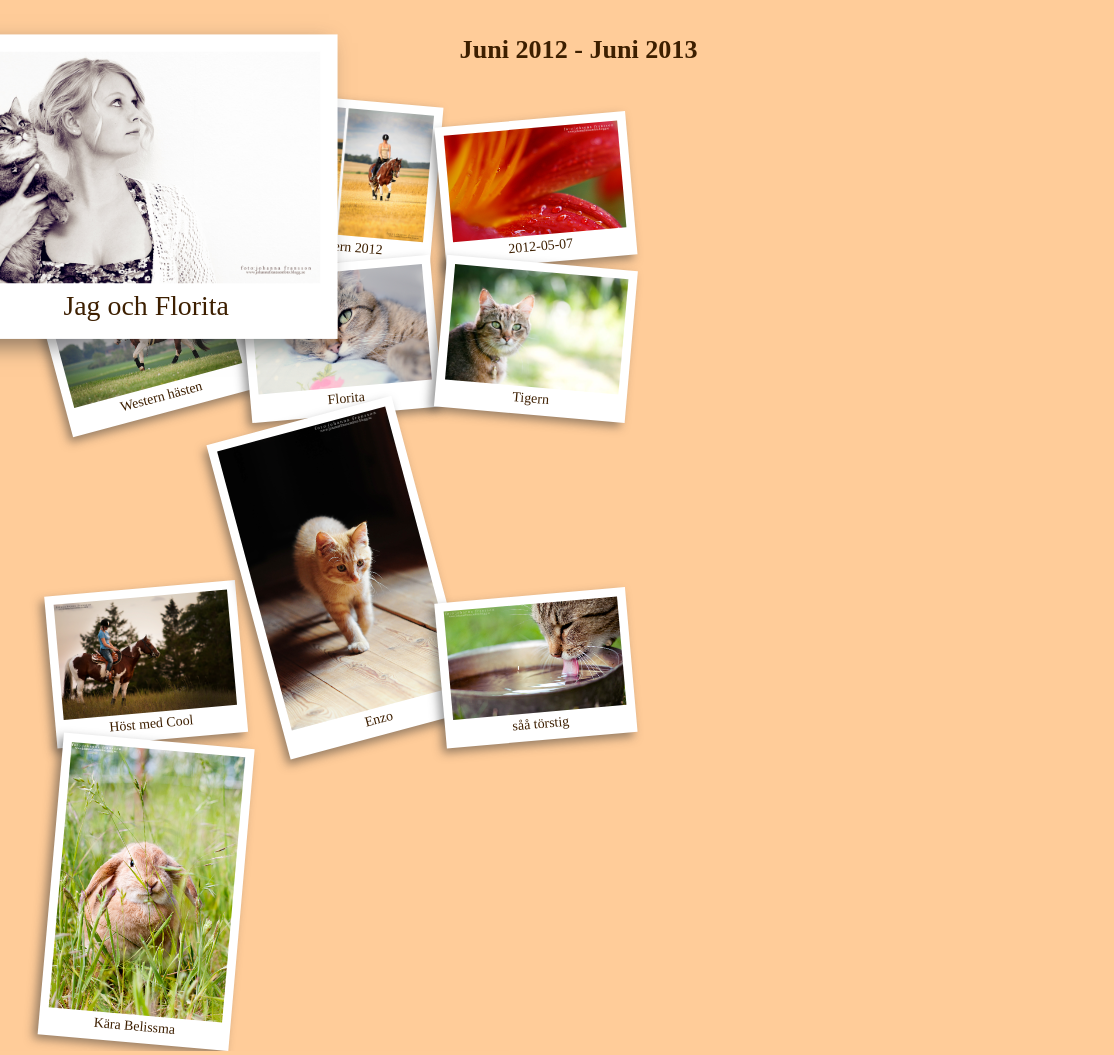
Repository: RebeccaFransson/Interfacedevelopment-1IK415
Page: galleri/index.html
The author's editor kept a record of every edit. The page is drawn from the files as they stood at one moment, then again after the next edit.
The browser window is 1280 px wide. The pictures show the whole page, at 87% of full size.
The pointer rests on the first visible `#images a`.

Above is the page before.

### galleri/index.html
<!doctype html>
<html lang="sv">

<head>
	<meta charset="utf-8" />
	<title>Fotogalleri</title>
<link href='http://fonts.googleapis.com/css?family=Lobster' rel='stylesheet' type='text/css'>

	<link rel="stylesheet" href="css/style.css" />
</head>

<body>
    <div id="content">
    <h1>Juni 2012 - Juni 2013</h1>
        <div id="images">

            <a href="galleri1.jpg" title="Jag och Florita"> <img src="galleri1.jpg" alt="Människa håller upp katt" /></a>
            <a href="galleri2.jpg" title="Stubbåkern 2012"> <img src="galleri2.jpg" alt="Tjej rider häst på stubbåkern" /></a>
            <a href="galleri3.jpg" title="2012-05-07">      <img src="galleri3.jpg" alt="Röd blomma med vattendroppar" /></a>
            <a href="galleri4.jpg" title="Western hästen">  <img src="galleri4.jpg" alt="Cowboy rider på ängen" /></a>
            <a href="galleri5.jpg" title="Florita">         <img src="galleri5.jpg" alt="Närbild på katt" /></a>
            <a href="galleri6.jpg" title="Tigern">          <img src="galleri6.jpg" alt="Katt utomhus" /></a>
            <a href="galleri7.jpg" title="Höst med Cool">   <img src="galleri7.jpg" alt="Häst med människa ute i skog" /></a>
            <a href="galleri8.jpg" title="Enzo">            <img src="galleri8.jpg" alt="Katt kommer ut ur skuggorna" /></a>
            <a href="galleri9.jpg" title="såå törstig">     <img src="galleri9.jpg" alt="En katt som dricker" /></a>
            <a href="galleri10.jpg" title="Kära Belissma">  <img src="galleri10.jpg" alt="En kanin som äter högt gräs" /></a>

        </div>
    </div>
</body>

### galleri/css/style.css
body{
    font-family: 'Indie Flower', cursive;
    background-color:#FFCC99;

}
 #content{
     margin-left:50px;

 }

 #content h1{
     font-size:30px;
     text-align:center;
     padding:20px;
     color:#3D1F00;
 }

 #images{
    width: 70%;
}
#images img{
    width:200px;
}

#images a{
     transition-property: all;
     display: inline-block;
     transform: rotate(5deg);

    background-color: white;
    padding:10px;
    text-decoration:none;
    color:#3D1F00;
    text-align:center;
    box-shadow:-5px 5px 11px 0px rgba(50, 50, 50, 0.5);
}

#images a:nth-child(2n+1){

    transform: rotate(-5deg);
}

#images a:nth-child(4n+4){

    transform: rotate(-15deg);
}


#images a:after {
   content: attr(title);
   display: block;
}

#images a:hover{
    transform:  scale(2);
    position:relative;
    z-index:2;
    transition: 1.2s;
}

After the next edit:
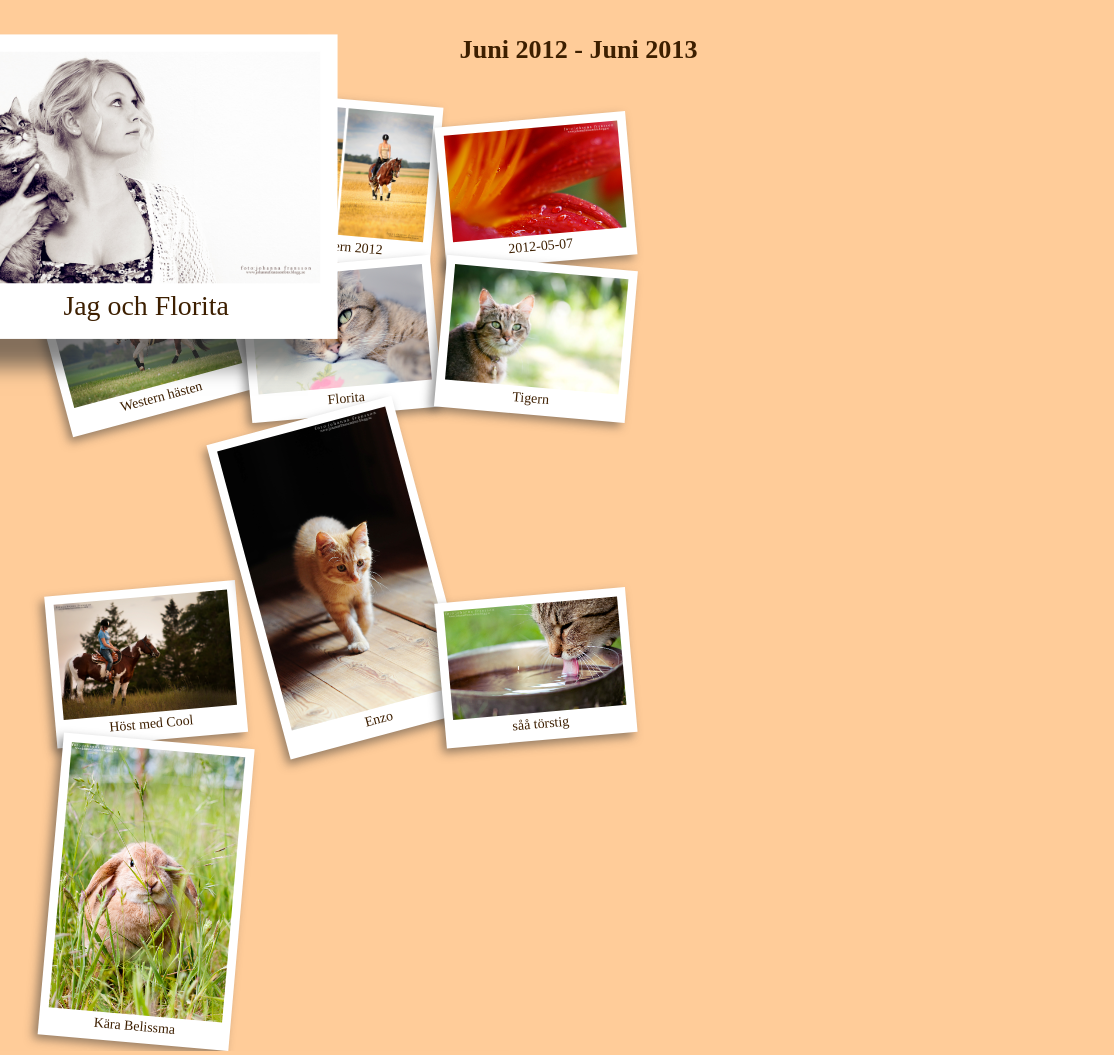
The edit:
--- a/galleri/css/style.css
+++ b/galleri/css/style.css
@@ -56,4 +56,5 @@
     position:relative;
     z-index:2;
     transition: 1.2s;
+    box-shadow:-17px 16px 11px 0px rgba(50, 50, 50, 0.6);
 }
